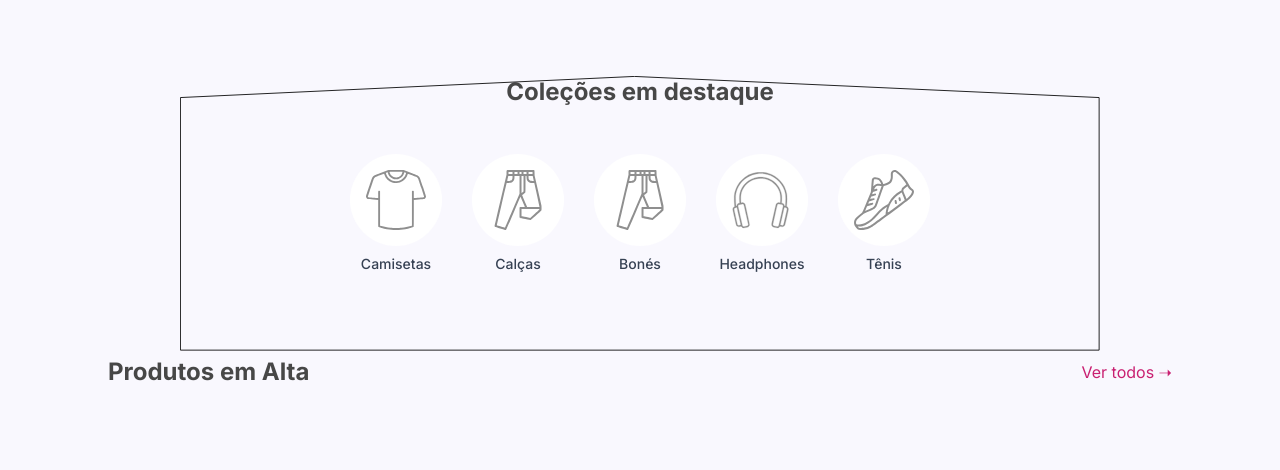
Repository: gimoli/loja-digital
Page: index.html
The author's editor kept a copy of each file at every save. The page is drawn from the files as they stood at one save, then again after the next save.
The browser window is 1280 px wide. The pictures show the part of the page from y = 1282 to 1752 px (the page is 1752 px tall before and 1680 px after).

Above is the page before, as saved 2025-04-25 15:19:35.

After the next save:
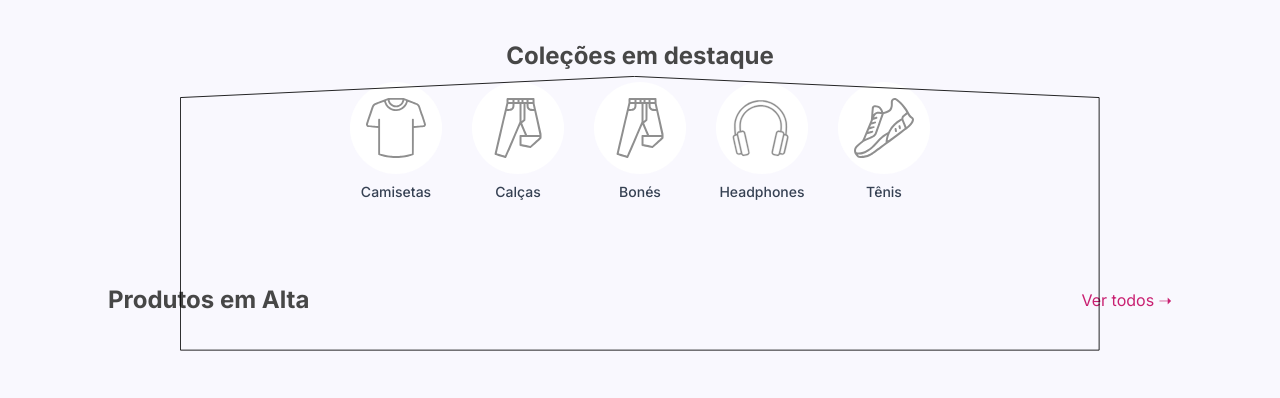
Saved 4 min 52 s later.
--- a/index.html
+++ b/index.html
@@ -129,7 +129,7 @@
 
         <div class="flex flex-col gap-5 relative">
             <img src="/assets/borda.svg" alt="foto da borda" class="absolute left-0 top-9 " />
-            <h4 class="text-(--dark-gray-2) font-bold text-2xl text-center py-9 ">
+            <h4 class="text-(--dark-gray-2) font-bold text-2xl text-center">
                 Coleções em destaque
             </h4>
         </div>
